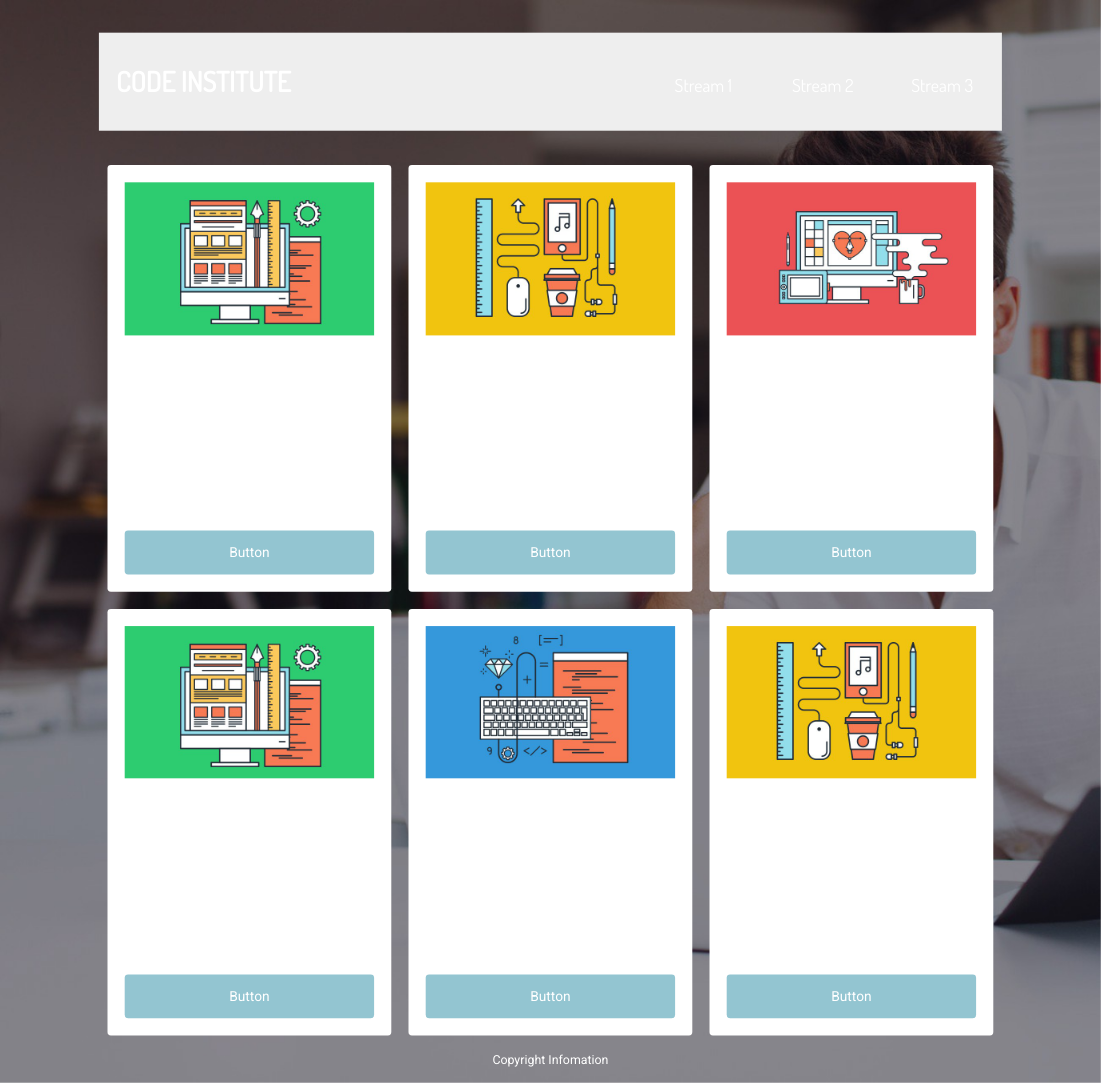
Repository: laurence100795/JQuery-Basics
Page: Cards-jquery.html
The author's editor kept a record of every edit. The page is drawn from the files as they stood at one moment, then again after the next edit.
The browser window is 1280 px wide. The pictures show the whole page, at 86% of full size.
Some web libraries are served in a nearby version.

Above is the page before.

### Cards-jquery.html
<!DOCTYPE html>
<html lang="en">
<head>
	<meta charset="UTF-8">
	<meta name="viewport" content="width=device-width, initial-scale=1">
	<title>jQuery</title>
	<link href="style.css" rel="stylesheet">
	<link href='https://fonts.googleapis.com/css?family=Roboto' rel='stylesheet' type='text/css'>
	<link href='https://fonts.googleapis.com/css?family=Dosis' rel='stylesheet' type='text/css'>
</head>
<body>
	<div id="container">
		<nav>
			<ul>
				<li id="logoNav">CODE INSTITUTE</li>
				<li id="stream1_btn">Stream 1</li>
				<li id="stream2_btn">Stream 2</li>
				<li id="stream3_btn">Stream 3</li>
			</ul>
		</nav>
		<div class="card stream1">
			<img class="card_image" src="img/3.png" alt="coding icon">
			<div class="card_bottom">
				<h2 id="hl_html" class="card_head">HTML</h2>
				<p class="card_para">Once you join a Code Institute Bootcamp you will be taken on an accelerated contextualised learning path across 3 streams. Nothing is learned in isolation.We contextualise the content so that the knowledge and skills gained in each learning unit feeds into, and is expanded upon, within the next unit.The outputs of each stream will be a project. </p>
				<a href="" class="bottom_button">Button</a>
			</div>
		</div>
		<div class="card stream3">
			<img class="card_image" src="img/1.png" alt="coding icon">
			<h2 id="hl_mysql" class="card_head">MySql</h2>
			<p class="card_para">If you have questions about your career in coding or simply want to meet the Code Institute team, then come along to our next Careers Open Evening in Dublin</p>
			<a href="" class="bottom_button">Button</a>
		</div>

		<div class="card stream2">
			<img class="card_image" src="img/2.png" alt="coding icon">
			<h2 id="hl_python" class="card_head">Python</h2>
			<p class="card_para">If you have questions about your career in coding or simply want to meet the Code Institute team, then come along to our next Careers Open Evening in Dublin</p>
			<a href="" class="bottom_button">Button</a>
		</div>
		<div class="card stream1">
			<img class="card_image" src="img/3.png" alt="coding icon">
			<div class="card_bottom">
				<h2 id="hl_jquery" class="card_head">jQuery</h2>
				<p class="card_para">Once you join a Code Institute Bootcamp you will be taken on an accelerated contextualised learning path across 3 streams. Nothing is learned in isolation.We contextualise the content so that the knowledge and skills gained in each learning unit feeds into, and is expanded upon, within the next unit.The outputs of each stream will be a project. </p>
				<a href="" class="bottom_button">Button</a>
			</div>
		</div>
		<div class="card stream3">
			<img class="card_image" src="img/4.png" alt="coding icon">
			<h2 id="hl_django" class="card_head">Django</h2>
			<p class="card_para">The syllabus has been developed to help you transform your career. The summarised syllabus, below, provides you with a snapshop of what skills you will come away with. Feel free to contact us for more detail on what you will learn.</p>
			<a href="" class="bottom_button">Button</a>
		</div>
		<div class="card stream1">
			<img class="card_image" src="img/1.png" alt="coding icon">
			<h2 id="hl_css" class="card_head">CSS</h2>
			<p class="card_para">The syllabus has been developed to help you transform your career. The summarised syllabus, below, provides you with a snapshop of what skills you will come away with. Feel free to contact us for more detail on what you will learn.</p>
			<a href="" class="bottom_button">Button</a>
		</div>
		<div id="my_footer">
			<p id="copyright">Copyright Infomation</p>
		</div>
	</div>
	<script src="https://code.jquery.com/jquery-3.2.1.js" integrity="sha256-DZAnKJ/6XZ9si04Hgrsxu/8s717jcIzLy3oi35EouyE=" crossorigin="anonymous"></script>
	<script src="script.js"></script> <!-- Scripts located at the bottom of the body to insure page is fully loaded before execution -->

</body>
</html>

### style.css
body {
	font-family: 'Roboto', sans-serif;
	background-image: url(img/code-institute.jpg);
 	background-size: cover;
 	color: #ffffff;*/
 	background-color: #eee;
}

h1{
	font-size: 3em;
	text-align: center;
}

h2 {
	font-size: 1em;
	text-align: left;
}

p {
	font-size: .9rem;
}

div {
	border-radius: 4px;
}

.card_image {
	width: 100%;
}

.bottom_button {
	display: flex;
	box-sizing:border-box;
	border-radius: 4px;
	display: block;
	width: 100%;
	background-color:rgba(129, 187, 201,.85);
	text-align: center;
	padding: 1em .75em;
	text-decoration: none;
	color: #fff;
}

.card_bottom {
	display: flex;
	flex-flow:column;
}

.card_head {
	flex:0;
}

.card_para {
	flex:1 0 auto;
}

#container {
	display: flex;		/* makes container a flexbox*/
	flex-flow: row wrap; 	/* layout the boxes in rows and wrap them*/
	box-sizing:border-box;
	margin-right:auto;
	margin-left:auto;
	max-width:1050px;
}

#logo {
	width: 800px;
	margin: auto;
}

.card {
	flex:1; /* */
	display: flex;	/* make the contents controllable by flexbox*/
	flex-flow:column;	/* */
	min-width: 240px; /**/
	margin: 10px;
	padding: 20px;
	background-color: #fff;
}

.highlight_stream {
	background-color: #EB5255;
}

.highlight_blue {
	color: lightblue;
}

.background_black{
	color: black;
}
#my_footer {
	width:100%;
	text-align: center;
}

#copyright {
	margin-top:10px;
	margin-bottom:10px;
}

/*************************
Navigation
**************************/

nav {
	font-family: roboto;
	background-color: #eee;
	margin: 30px auto;
	width: 100%;
}

ul {
	display: flex;
	justify-content:space-between;
	flex-flow: row;
	/*flex-flow: row-reverse;*/
	/*justify-content:flex-end;*/
	/*justify-content:space-around;*/
	/*align-items:flex-start;*/
	align-items:baseline;
	border-radius: 10px;
	list-style-type: none; /*Remove Bullets*/
	padding: 0;
}

li {
	flex:1;
	height: 30px;
	/*width:10%;*/
	/*border:2px solid #000;*/
	/*background-color: #81BBC9;*/
	/*border-radius: 10px;*/
	font-family: Dosis;
	padding:20px 20px 20px 20px;
	text-align: center;
	font-size: 1.3em;
}

#logoNav {
	flex:6;
	text-align: left;
	font-size: 2em;
	font-weight: bold;
}

.underline {
    text-decoration:underline;
}

.border {
    border: solid 5px #ccc;
}

@media screen and (max-width: 700px) {
	ul {
		flex-flow: column;
		align-items:center;
    }

	li {
		font-size: 2em;
	}
}

### script.js
$(document).ready(function() {
    $("#stream1_btn").mouseenter(function() {
        $(".stream1").removeClass('highlight_stream');
        $(".stream2").removeClass('highlight_stream');
        $(".stream3").removeClass('highlight_stream');
        $(".stream1").addClass('highlight_stream');
    });
    $("#stream2_btn").click(function() {
        $(".stream1").removeClass('highlight_stream');
        $(".stream2").removeClass('highlight_stream');
        $(".stream3").removeClass('highlight_stream');
        $(".stream2").addClass('highlight_stream');
    });
    $("#stream3_btn").on("click", function() {
        $(".stream1").removeClass('highlight_stream');
        $(".stream2").removeClass('highlight_stream');
        $(".stream3").removeClass('highlight_stream');
        $(".stream3").addClass('highlight_stream');
    });
    $("p").mouseenter(function() {
        $(".card_para").addClass("highlight_stream")
    });
    $("p").mouseleave(function() {
        $(".card_para").removeClass("highlight_stream")
    });
    $("h2").hover(function() {
        $("#hl_html").addClass("highlight_blue")
        $("#hl_mysql").removeClass("highlight_blue")
        $("#hl_python").removeClass("highlight_blue")
        $("#hl_css").removeClass("highlight_blue")
        $("#hl_django").removeClass("highlight_blue")
        $("#jquery").removeClass("highlight_blue")
    });
     $("h2").hover(function() {
        $("#hl_html").removeClass("highlight_blue")
        $("#hl_mysql").addClass("highlight_blue")
        $("#hl_python").removeClass("highlight_blue")
        $("#hl_css").removeClass("highlight_blue")
        $("#hl_django").removeClass("highlight_blue")
        $("#jquery").removeClass("highlight_blue")
    });
     $("h2").hover(function() {
        $("#hl_html").removeClass("highlight_blue")
        $("#hl_mysql").removeClass("highlight_blue")
        $("#hl_python").addClass("highlight_blue")
        $("#hl_css").removeClass("highlight_blue")
        $("#hl_django").removeClass("highlight_blue")
        $("#jquery").removeClass("highlight_blue")
    });
     $("h2").hover(function() {
        $("#hl_html").removeClass("highlight_blue")
        $("#hl_mysql").removeClass("highlight_blue")
        $("#hl_python").removeClass("highlight_blue")
        $("#hl_css").addClass("highlight_blue")
        $("#hl_django").removeClass("highlight_blue")
        $("#jquery").removeClass("highlight_blue")
    });
     $("h2").hover(function() {
        $("#hl_html").removeClass("highlight_blue")
        $("#hl_mysql").removeClass("highlight_blue")
        $("#hl_python").removeClass("highlight_blue")
        $("#hl_css").removeClass("highlight_blue")
        $("#hl_django").addClass("highlight_blue")
        $("#jquery").removeClass("highlight_blue")
    });
     $("h2").hover(function() {
        $("#hl_html").removeClass("highlight_blue")
        $("#hl_mysql").removeClass("highlight_blue")
        $("#hl_python").removeClass("highlight_blue")
        $("#hl_css").removeClass("highlight_blue")
        $("#hl_django").removeClass("highlight_blue")
        $("#jquery").addClass("highlight_blue")
    });
});

After the next edit:
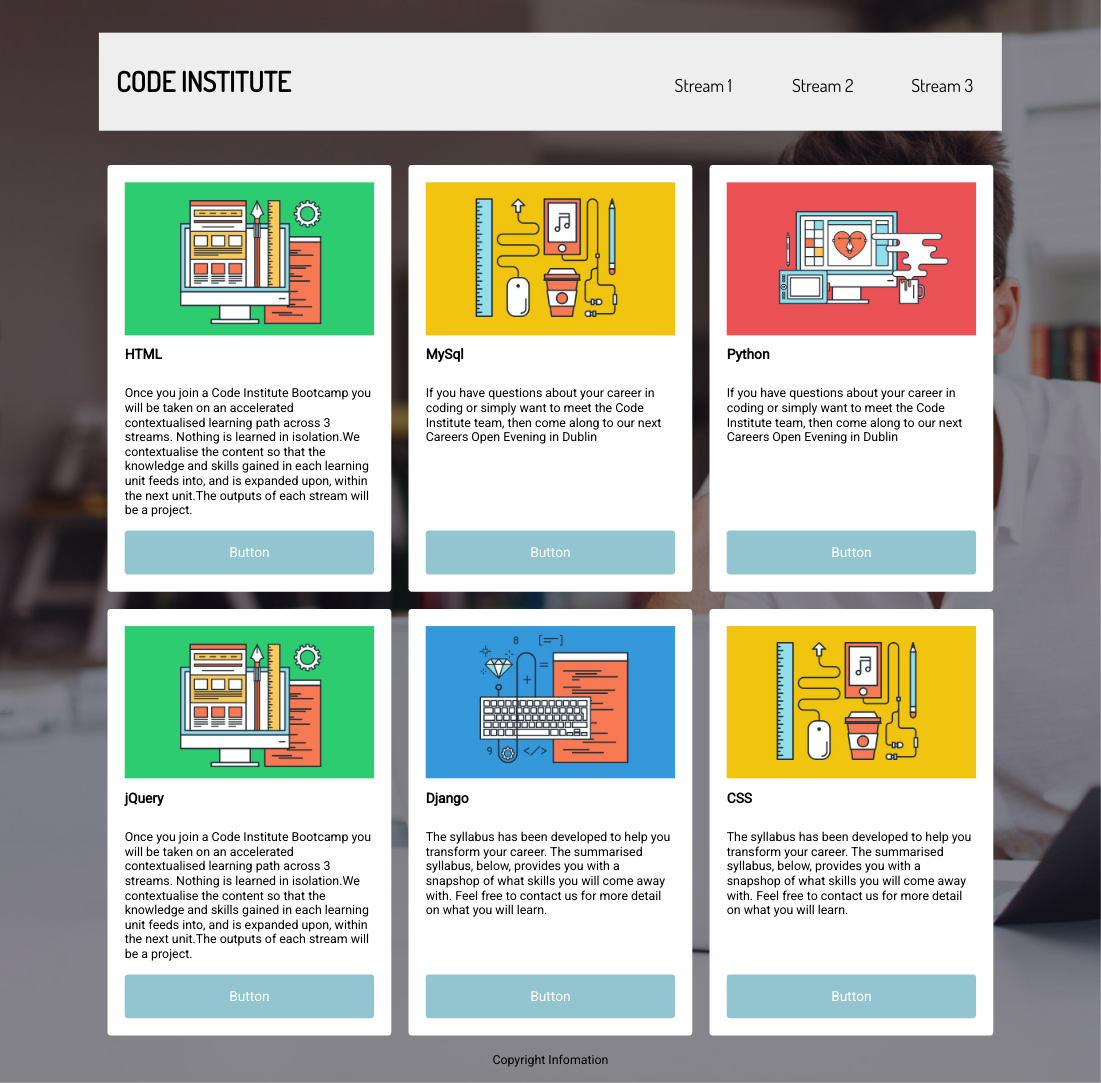
The edit:
--- a/style.css
+++ b/style.css
@@ -2,7 +2,7 @@
 	font-family: 'Roboto', sans-serif;
 	background-image: url(img/code-institute.jpg);
  	background-size: cover;
- 	color: #ffffff;*/
+ 	/*color: #ffffff;*/
  	background-color: #eee;
 }
 
